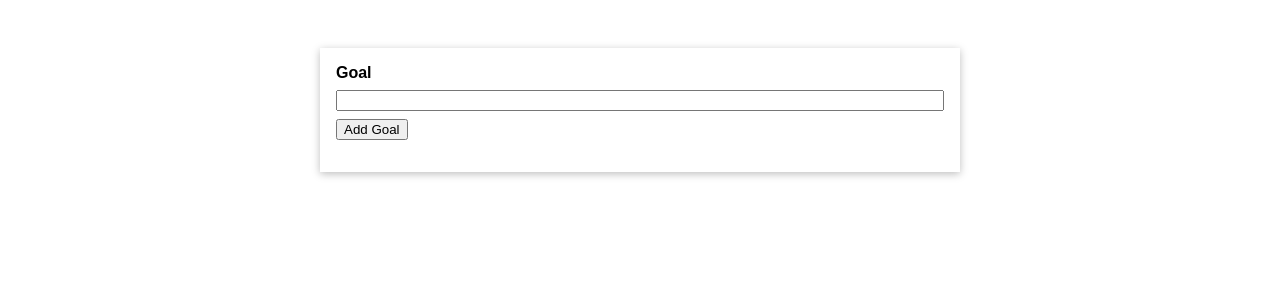
Repository: zmarkoni/Vue-The-Complete-Guide
Page: gs-01-starting-project/index.html
These files come from the project's save history. The page is drawn as it stood at one moment and after a run of saves; the edit follows.
The browser window is 1280 px wide. The pictures show the whole page.

Above is the page before, as saved 2020-12-28 22:42:30.

### gs-01-starting-project/index.html
<!DOCTYPE html>
<html lang="en">
  <head>
    <meta charset="UTF-8" />
    <meta name="viewport" content="width=device-width, initial-scale=1.0" />
    <title>A First App</title>
    <link rel="stylesheet" href="styles.css" />
  </head>
  <body>
    <div id="app">
      <div>
        <label for="goal">Goal</label>
        <input type="text" id="goal" />
        <button>Add Goal</button>
      </div>
      <ul>
      </ul>
    </div>
    <script src="app.js"></script>
  </body>
</html>

### gs-01-starting-project/app.js
const buttonEl = document.querySelector('button');
const inputEl = document.querySelector('input');
const listEl = document.querySelector('ul');


function addGoal() {
    const enteredValue = inputEl.value;
    const listItemEl = document.createElement('li');
    listItemEl.textContent = enteredValue;
    listEl.appendChild(listItemEl);
}

buttonEl.addEventListener('click', addGoal);

Loaded but not shown: gs-01-starting-project/styles.css (common file)

After the next 2 saves:
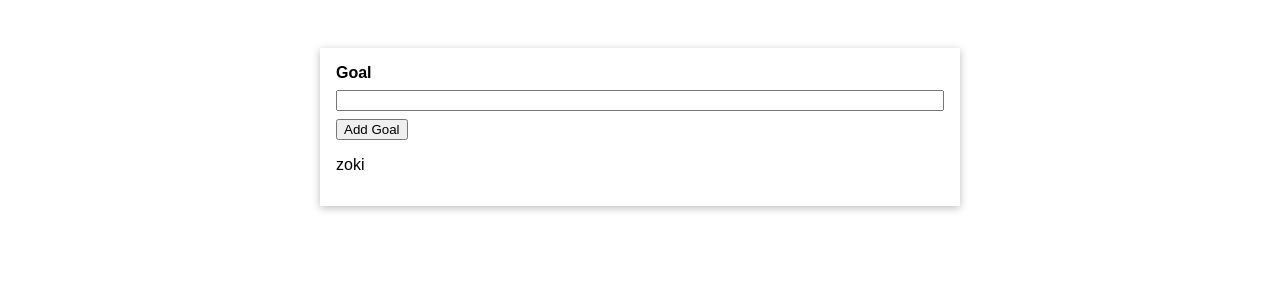
The 2 saves are shown as one change because they came seconds apart.
The last was saved 2 min 9 s later.
--- a/gs-01-starting-project/index.html
+++ b/gs-01-starting-project/index.html
@@ -14,6 +14,7 @@
         <button>Add Goal</button>
       </div>
       <ul>
+        zoki
       </ul>
     </div>
     <script src="app.js"></script>

After the save that followed:
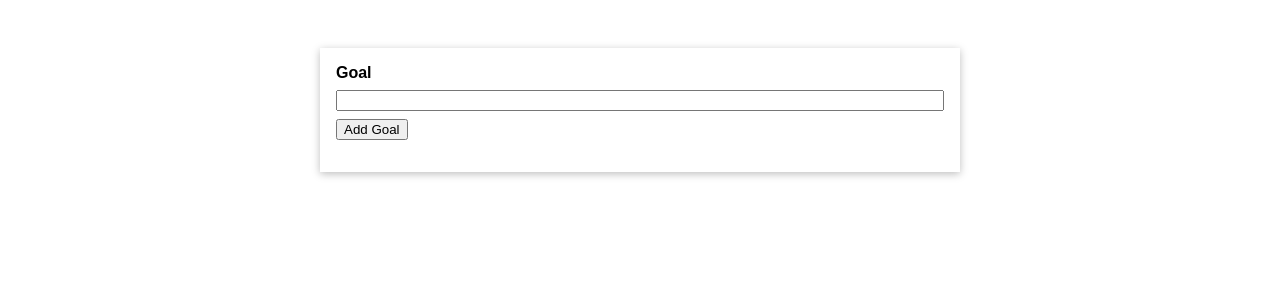
Saved 113 s later.
--- a/gs-01-starting-project/index.html
+++ b/gs-01-starting-project/index.html
@@ -14,7 +14,6 @@
         <button>Add Goal</button>
       </div>
       <ul>
-        zoki
       </ul>
     </div>
     <script src="app.js"></script>
